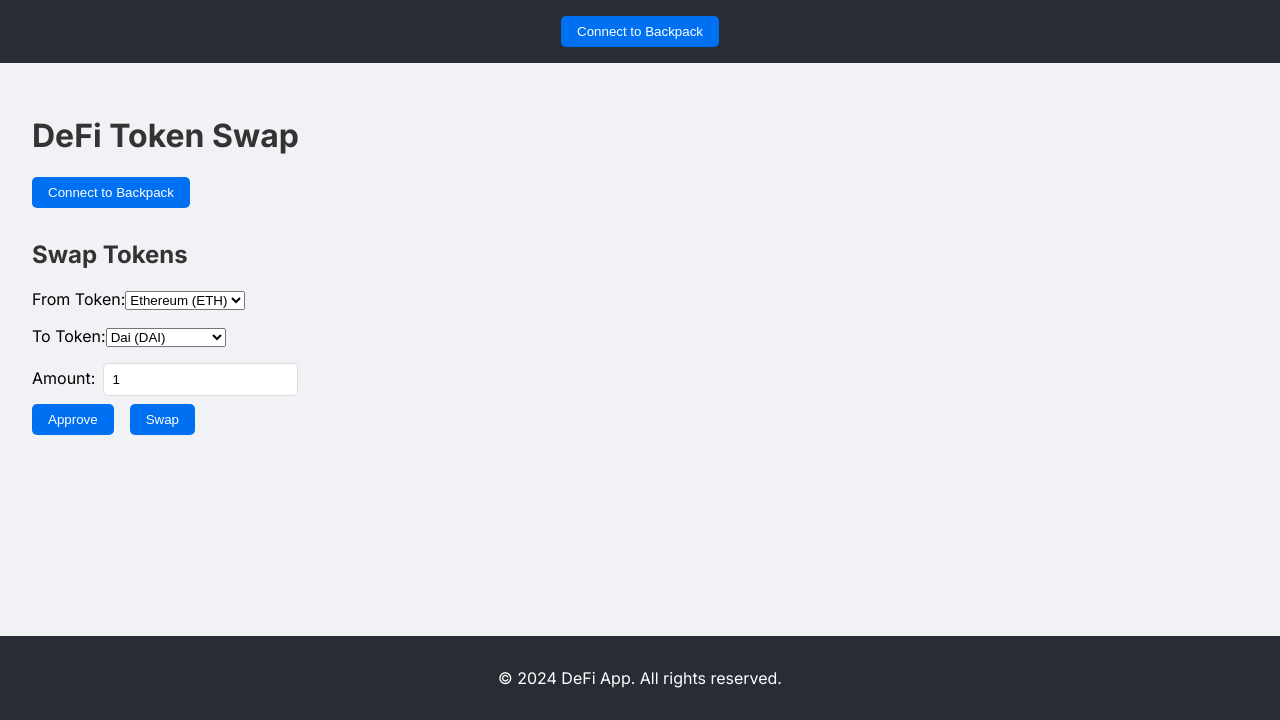
Repository: AllMightLegend/defi-token-swapping-app
Page: /
These files come from the project's save history. The page is drawn as it stood at one moment and after the next save; the edit follows.
The browser window is 1280 px wide. The pictures show the whole page.
The project was rebuilt for these pictures with package versions that can differ from the ones it lists, and the page was loaded fresh each time. Some packages were replaced by stand-ins written for this rebuild. The framework's server and built-in components were replaced by stand-ins that run in the browser. Also part of the build but not shown: next.config.mjs.

Above is the page before, as saved 2024-08-27 19:37:27.

After the next save:
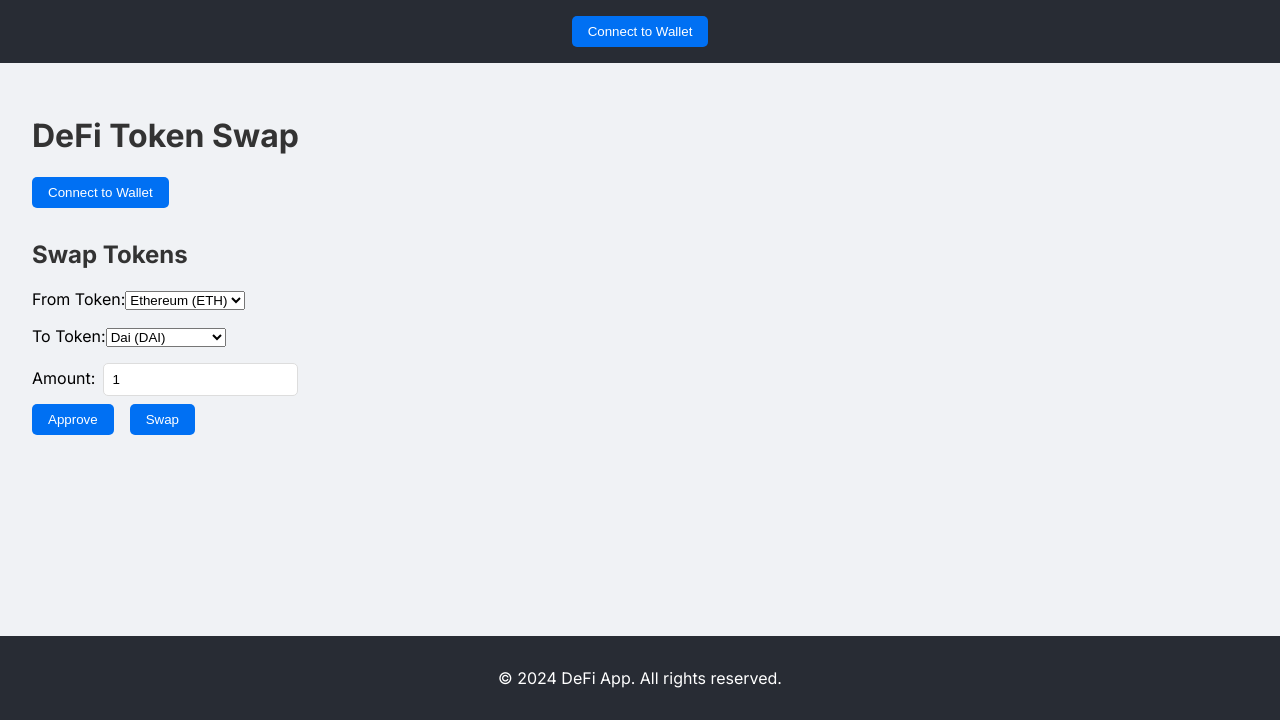
Saved 4 min 25 s later.
--- a/components/WalletConnector.tsx
+++ b/components/WalletConnector.tsx
@@ -1,5 +1,3 @@
-// Example in WalletConnector.tsx
-
 import React, { useState, useEffect } from 'react';
 import { Connection, PublicKey, clusterApiUrl } from '@solana/web3.js';
 
@@ -9,21 +7,37 @@
   const connectWallet = async () => {
     try {
       const { solana } = window as any;
-      if (solana && solana.isPhantom) {
-        const response = await solana.connect();
+      if (solana) {
+        const wallets = [solana.phantom, solana.backpack]; // Add supported wallets here
+
+        const walletSelection = await new Promise<any>((resolve, reject) => {
+          const userSelection = prompt(
+            `Choose a wallet to connect:\n1. Phantom\n2. Backpack`,
+            '1'
+          );
+          if (userSelection === '1') {
+            resolve(solana.phantom);
+          } else if (userSelection === '2') {
+            resolve(solana.backpack);
+          } else {
+            reject('No wallet selected or invalid selection');
+          }
+        });
+
+        const response = await walletSelection.connect();
         setWalletAddress(response.publicKey.toString());
         console.log('Connected to wallet:', response.publicKey.toString());
       } else {
-        alert('Please install Backpack wallet to use this app.');
+        alert('Please install Phantom or Backpack wallet to use this app.');
       }
     } catch (error) {
-      console.error('Error connecting to Backpack wallet:', error);
+      console.error('Error connecting to wallet:', error);
     }
   };
 
   useEffect(() => {
     const { solana } = window as any;
-    if (solana && solana.isPhantom) {
+    if (solana) {
       solana.on('accountChanged', (publicKey: PublicKey) => {
         setWalletAddress(publicKey ? publicKey.toString() : null);
       });
@@ -33,7 +47,7 @@
   return (
     <div>
       <button onClick={connectWallet}>
-        {walletAddress ? `Connected: ${walletAddress}` : 'Connect to Backpack'}
+        {walletAddress ? `Connected: ${walletAddress}` : 'Connect to Wallet'}
       </button>
     </div>
   );

After the 2 saves that followed:
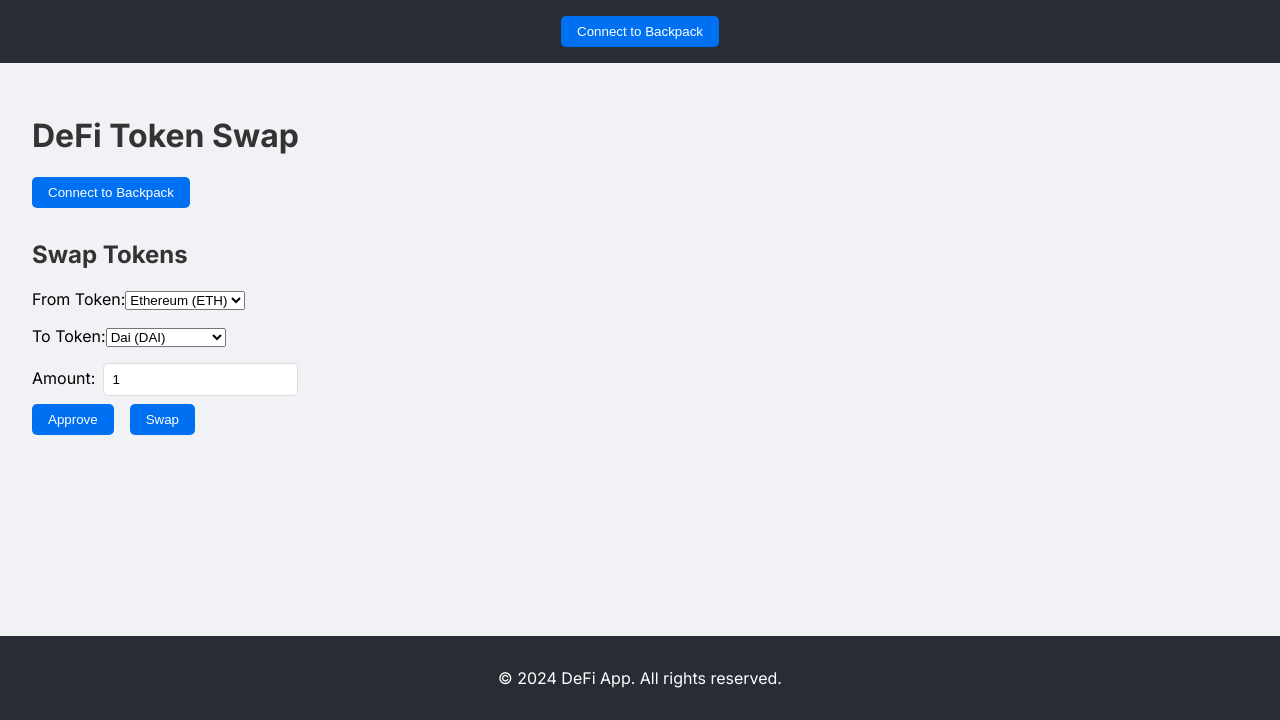
The 2 saves are shown as one change because 1 left the picture as it was.
The last was saved 4 min 16 s later.
--- a/components/WalletConnector.tsx
+++ b/components/WalletConnector.tsx
@@ -6,39 +6,28 @@
 
   const connectWallet = async () => {
     try {
-      const { solana } = window as any;
-      if (solana) {
-        const wallets = [solana.phantom, solana.backpack]; // Add supported wallets here
-
-        const walletSelection = await new Promise<any>((resolve, reject) => {
-          const userSelection = prompt(
-            `Choose a wallet to connect:\n1. Phantom\n2. Backpack`,
-            '1'
-          );
-          if (userSelection === '1') {
-            resolve(solana.phantom);
-          } else if (userSelection === '2') {
-            resolve(solana.backpack);
-          } else {
-            reject('No wallet selected or invalid selection');
-          }
-        });
-
-        const response = await walletSelection.connect();
+      const { backpack } = window as any;
+      if (backpack && backpack.solana) {
+        // Accessing the Backpack Solana interface
+        const response = await backpack.solana.connect();
         setWalletAddress(response.publicKey.toString());
         console.log('Connected to wallet:', response.publicKey.toString());
+
+        // Optionally, establish a connection to the Solana network
+        const connection = new Connection(clusterApiUrl('mainnet-beta'));
+        console.log('Connected to Solana network');
       } else {
-        alert('Please install Phantom or Backpack wallet to use this app.');
+        alert('Please install the Backpack wallet extension to use this app.');
       }
     } catch (error) {
-      console.error('Error connecting to wallet:', error);
+      console.error('Error connecting to Backpack wallet:', error);
     }
   };
 
   useEffect(() => {
-    const { solana } = window as any;
-    if (solana) {
-      solana.on('accountChanged', (publicKey: PublicKey) => {
+    const { backpack } = window as any;
+    if (backpack && backpack.solana) {
+      backpack.solana.on('accountChanged', (publicKey: PublicKey) => {
         setWalletAddress(publicKey ? publicKey.toString() : null);
       });
     }
@@ -47,7 +36,7 @@
   return (
     <div>
       <button onClick={connectWallet}>
-        {walletAddress ? `Connected: ${walletAddress}` : 'Connect to Wallet'}
+        {walletAddress ? `Connected: ${walletAddress}` : 'Connect to Backpack'}
       </button>
     </div>
   );
